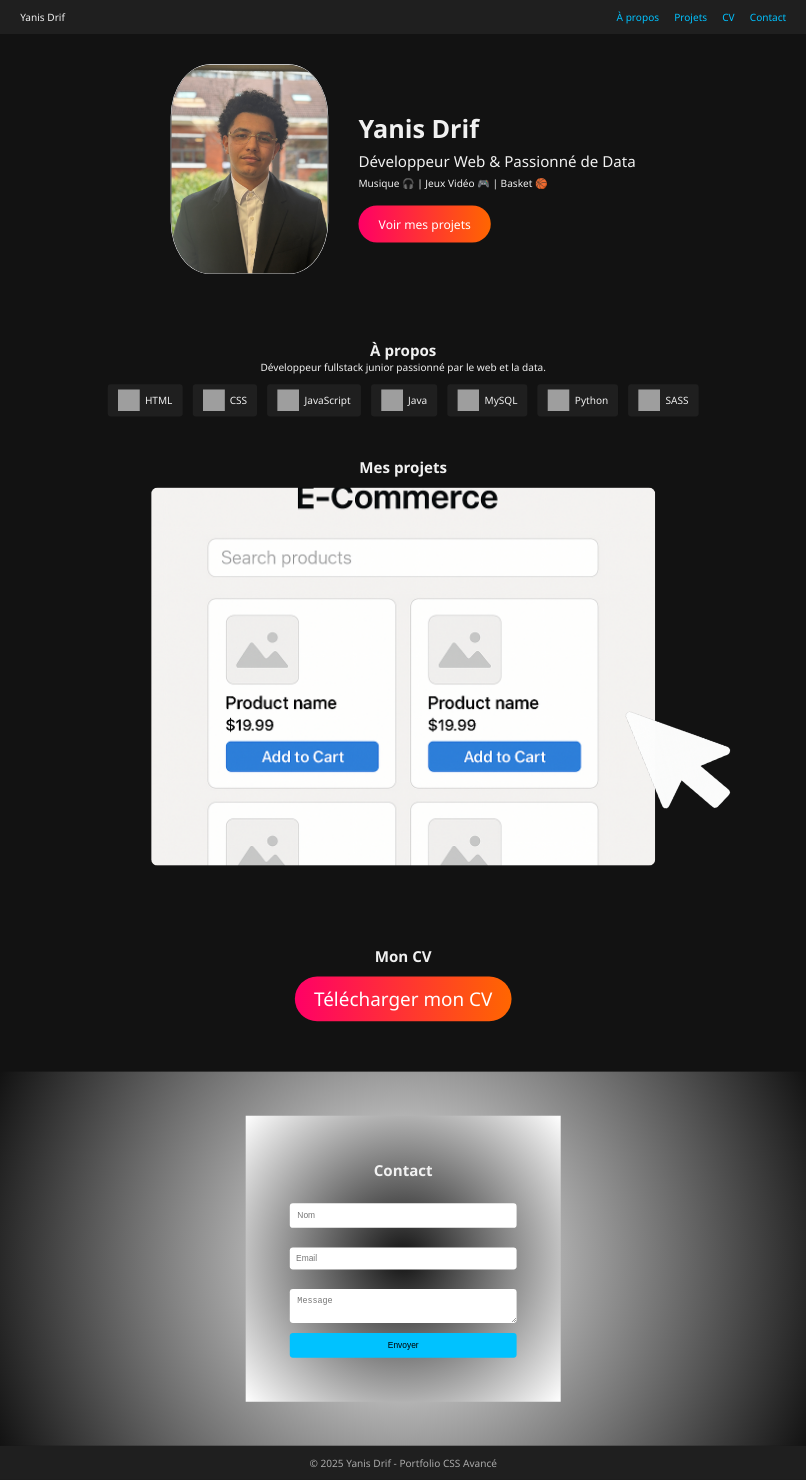
Repository: Yxniiss/ProjetCssAvance
Page: OneDrive/Bureau/Portfolio DrifYanis/home.html
The author's editor kept a copy of each file at every save. The page is drawn from the files as they stood at one save, then again after the next save.
The browser window is 1280 px wide. The pictures show the whole page, at 63% of full size.
Pictures or frames that could not be fetched are drawn as grey boxes.

Above is the page before, as saved 2025-04-10 19:18:31.
Console error: TypeError: Cannot set properties of null (setting 'textContent')

### OneDrive/Bureau/Portfolio DrifYanis/home.html
<!DOCTYPE html>
<html lang="fr">
<head>
  <meta charset="UTF-8" />
  <meta name="viewport" content="width=device-width, initial-scale=1.0" />
  <title>Portfolio - Yanis Drif</title>
  <link rel="stylesheet" href="/style.css" />
  <script defer src="/script.js"></script>
</head>
<body>
  <nav class="navbar">
    <div class="logo">Yanis Drif</div>
    <ul class="nav-links">
      <li><a href="#apropos">À propos</a></li>
      <li><a href="#projets">Projets</a></li>
      <li><a href="#cv">CV</a></li>
      <li><a href="#contact">Contact</a></li>
    </ul>
  </nav>

  <header class="hero">
    <img src="/image/IMG_0965 (2).jpeg" alt="Photo de profil" class="hero__image" />
    <div class="hero__content">
      <h1 class="hero__name">Yanis Drif</h1>
      <p class="hero__tagline">Développeur <span>Web</span> & Passionné de Data</p>
      <p class="hero__desc">Musique 🎧 | Jeux Vidéo 🎮 | Basket 🏀</p>
      <a href="#projets" class="btn">Voir mes projets</a>
    </div>
  </header>

  <section id="apropos" class="section about">
    <h2>À propos</h2>
    <p>Développeur fullstack junior passionné par le web et la data.</p>
    <div class="skills">
      <div class="skill"><img src="https://devicon-website.vercel.app/api/html5/original-wordmark.svg" alt="HTML">HTML</div>
      <div class="skill"><img src="https://devicon-website.vercel.app/api/css3/original-wordmark.svg" alt="CSS">CSS</div>
      <div class="skill"><img src="https://devicon-website.vercel.app/api/javascript/original.svg" alt="JavaScript">JavaScript</div>
      <div class="skill"><img src="https://devicon-website.vercel.app/api/java/original-wordmark.svg" alt="Java">Java</div>
      <div class="skill"><img src="https://devicon-website.vercel.app/api/mysql/plain-wordmark.svg" alt="MySQL">MySQL</div>
      <div class="skill"><img src="https://devicon-website.vercel.app/api/python/original-wordmark.svg" alt="Python">Python</div>
      <div class="skill"><img src="https://devicon-website.vercel.app/api/sass/original.svg" alt="SASS">SASS</div>
    </div>
  </section>

  <section id="projets" class="section projets">
    <h2>Mes projets</h2>
    <div class="projects carousel">
      <a href="https://eloquent-stardust-faed17.netlify.app/"><img src="image/ChatGPT Image 10 avr. 2025, 11_03_09.png" alt="Projet 1"/></a>
      <a href="https://challengeweb.netlify.app/"><img src="/image/ChatGPT Image 10 avr. 2025, 11_09_31.png" alt="Projet 2" /></a>
      <a href="https://landingpagecat.netlify.app/"><img src="/image/ChatGPT Image 10 avr. 2025, 11_11_38.png" alt="Projet 3" /></a>
    </div>
    <div class="cursor2">
      <img src="/image/fecd8f8b-00be-49a2-b5b1-3fb5a8c2059e.png">
    </div>
  </section>

  <section id="cv" class="section_cv">
    <div class="cv-container">
      <h2>Mon CV</h2>
      <a href="/doc/CV Yanis (1) (1).pdf" download class="btn2">Télécharger mon CV</a>
    </div>
  </section>

  <section id="contact" class="section_contact">
    <form class="contact-form">
      <h2>Contact</h2>
      <input type="text" placeholder="Nom" required />
      <input type="email" placeholder="Email" required />
      <textarea placeholder="Message" required></textarea>
      <button type="submit">Envoyer</button>
    </form>
  </section>

  <footer>
    <p>&copy; 2025 Yanis Drif - Portfolio CSS Avancé</p>
  </footer>
</body>
</html>

### OneDrive/Bureau/Portfolio DrifYanis/style.css
* {
    margin: 0;
    padding: 0;
    box-sizing: border-box;
  }

  body {
    font-family: "Segoe UI", sans-serif;
    background-color: #121212;
    color: #f1f1f1;
  }


  .navbar {
    display: flex;
    justify-content: space-between;
    padding: 1rem 2rem;
    background-color: #1f1f1f;
  }

  .nav-links {
    display: flex;
    list-style: none;
    gap: 1.5rem;
  }

  .nav-links a {
    color: #00c2ff;
    text-decoration: none;
  }

  .hero {
    padding: 3rem 1rem;
    text-align: center;

  }









  .section {
    padding: 2rem 1rem;
    text-align: center;
  }

  .projects {
    display: flex;
    justify-content: center;
    gap: 1rem;
    flex-wrap: wrap;
    margin-top: 1rem;
  }

  .projects img {
    width: 800px;
    height: 600px;
    -o-object-fit: cover;
       object-fit: cover;
    border-radius: 10px;
  }

  .cursor2 img{
    width: 250px;
    position:relative;
    bottom:300px;
    left:450px;
    transform: rotate(-15deg);

  }

  .skills {
    display: flex;
    flex-wrap: wrap;
    gap: 1rem;
    justify-content: center;
    margin-top: 1rem;
  }

  .skill {
    display: flex;
    align-items: center;
    gap: 0.5rem;
    background-color: #1f1f1f;
    padding: 0.5rem 1rem;
    border-radius: 5px;
    transition: 0.3s ease, opacity 0.3s ease;
  }

  .skill:hover{
    transform: scale(1.2);
    opacity: 0.8;
  }

  .skill img {
    width: 35px;
    height: 35px;
  }

  footer {
    padding: 1rem;
    text-align: center;
    background-color: #1f1f1f;
    color: #aaa;
  }



  .btn:hover{
    box-shadow: 0 10px 20px rgba(255,0,102,0.5);
    transform: translateY(-3px);
    text-decoration: none;
  }

  .section_cv{
    padding: 2rem 1rem ;
    margin-top: -15rem;
  }
  .cv-container {
    text-align: center;
    margin: 3rem auto;
    display: flex;
    flex-direction: column;
    align-items: center;
    gap: 1rem;
  }

  .btn2 {
    padding: 15px 30px;
    font-size: 30px;
    color: white;
    background: linear-gradient(90deg, #ff0066, #ff6600);
    border: none;
    border-radius: 50px;
    cursor: pointer;
    box-shadow: 0 4px 15px rgba(255, 0, 102, 0);
    transition: box-shadow 0.3s ease, transform 0.3s ease;
    text-decoration: none;
  }

  .btn2:hover {
    box-shadow: 0 10px 20px rgba(255, 0, 102, 0.5);
    transform: translateY(-3px);
  }

  /* Responsive padding ajusté si besoin */
  @media (max-width: 768px) {
    .btn2 {
      font-size: 20px;
      padding: 12px 24px;
    }

    .cv-container h2 {
      font-size: 24px;
    }
  }


  #contact{
    padding: 70px;
    background:radial-gradient(circle, #fff, #121212)
  }
  .contact-form {
    max-width: 500px;
    margin: auto;
    padding: 70px;
    display: flex;
    flex-direction: column;
    gap: 1rem;
    background:radial-gradient(circle, #121212, #fff);
  }

  .contact-form input,
  .contact-form textarea {
    padding: 0.75rem;
    border: none;
    border-radius: 5px;
  }

  .contact-form button {
    background-color: #00c2ff;
    color: #000;
    padding: 0.75rem;
    border: none;
    border-radius: 5px;
    cursor: pointer;
  }

  .section_contact h2{
    text-align: center;
    padding-bottom: 20px;
  }


  .start h1{
    text-align: left;
    margin-top: 100px;
    font-size: 35px;
    margin-left: 100px;
  }

  .start h2{
    text-align: left;
    margin-top: 1px;
    font-size: 70px;
    margin-left: 100px;
  }

  .start h3{
    text-align: left;
    margin-top: 1px;
    font-size: 35px;
    margin-left: 100px;
  }

  #mot {
    color:#00c2ff;
  }

  #cursor{
    display: inline-block;
    width: 10px;
    background-color:black;
    animation: blink 0.8s step-end infinite;
  }

  @keyframes blink{
    50% {
      opacity: 0;
    }
  }

  @keyframes typing{
    from{
      width: 0;
    }
    to{
      width: 100%;
    }
  }

  #main{
    opacity: 0;
    transform: translateY(0);
    transition: opacity 5s ease, transform 5s ease;
  }

  body.loaded #main{
    opacity: 1;
    transform: translateY(0);
  }


  .start p{
    text-align: left;
    margin-left: 100px;
    margin-top: 20px;
    font-size: 20px;
  }

  .ntwrks {
    position: absolute;
    top: 410px;
    left: 110px;
    display: flex;
    flex-wrap: wrap;
    gap: 1rem;
  }

  .ntwrk {
    display: flex;
    align-items: center;
    gap: 0.5rem;
    background-color: #1f1f1f;
    padding: 1rem 1rem;
    border-radius: 100px;
    transition: 0.3s ease, opacity 0.3s ease;
  }

  .ntwrk:hover{
    transform: scale(1.2);
    opacity: 0.8;
  }

  .ntwrk img {
    width: 30px;
    height: 30px;
  }

  .modern-button{
    background-color:#00c2ff;
    font-size: 16px;
    font-weight: bold;
    border:none;
    padding: 15px 30px;
    border-radius: 25px;
    cursor: pointer;
    outline: none;
    position: relative;
    right:550px;
    top:120px;
    animation:glow 1.5s infinite alternate;
    transition: 0.3s ease, opacity 0.3s ease;
  }

  .modern-button a{
    color:white;
    text-decoration: none;
  }

  .modern-button:hover{
    transform: scale(1.2);
    opacity: 1;
  }

  @keyframes glow{
    0%{
      box-shadow: 0 0 10px 5px rgba(0, 194, 255, 0.6), 0 0 20px 10px rgba(0, 194, 255, 0.4);
    }
    100%{
      box-shadow: 0 0 20px 10px rgba(0, 194, 255, 1), 0 0 30px 15px rgba(0, 194, 255, 0.8);
    }
  }

  .image{
    max-width: 30%;
    position: relative;
    bottom: 350px;
    left: 350px;
  }

  /* Overlay de fond */
.modal {
  display: none; /* 👈 cachée par défaut */
  position: fixed;
  z-index: 1000;
  left: 0;
  top: 0;
  width: 100%;
  height: 100%;
  overflow: auto;
  background-color: rgba(0, 0, 0, 0.6); /* fond assombri */
}

/* Contenu de la modale */
.modal-content {
  background-color: #1f1f1f;
  margin: 10% auto;
  padding: 30px;
  border-radius: 10px;
  width: 90%;
  max-width: 400px;
  color: white;
}

/* Champs du formulaire */
input[type="email"],
input[type="password"] {
  width: 100%;
  padding: 10px;
  margin: 15px 0;
  border-radius: 5px;
  border: none;
}

.modal-content h4 {
  text-align: center;
  margin-bottom: 20px;
  font-size: 1.5rem;
  font-weight: 600;
}

.modal-content h4 {
  text-align: center;
  margin-bottom: 20px;
  font-size: 1.5rem;
  font-weight: 600;
}

.modal-content button {
  display: block;
  width: 100%;
  padding: 12px;
  margin-top: 15px;
  font-size: 1rem;
  border-radius: 25px;
  background-color: #00c2ff;
  color: white;
  border: none;
  cursor: pointer;
  transition: background-color 0.3s ease;
}

.modal-content button:hover {
  background-color: #00a6d6;
}

/* Bouton de fermeture */
.close {
  color: #aaa;
  float: right;
  font-size: 28px;
  font-weight: bold;
  cursor: pointer;
}
.close:hover {
  color: #fff;
}


.hero {
  display: flex;
  flex-direction: column;
  align-items: center;
  padding: 3rem 1rem;
  text-align: center;
}

.hero__image {
  border-radius: 25%;
  width: 250px;
  border: 1px solid #ffffff;
  margin-bottom: 1.5rem;
}

.hero__content {
  max-width: 600px;
}

.hero__name {
  font-size: 2.5rem;
  margin-bottom: 0.5rem;
}

.hero__tagline {
  font-size: 1.5rem;
  margin-bottom: 0.5rem;
}

.hero__desc {
  margin-bottom: 1.5rem;
}

.btn {
  padding: 1rem 2rem;
  font-size: 1.2rem;
  border-radius: 50px;
  background: linear-gradient(90deg, #ff0066, #ff6600);
  color: white;
  text-decoration: none;
  display: inline-block;
  transition: 0.3s ease;
}

.btn:hover {
  transform: translateY(-3px);
  box-shadow: 0 10px 20px rgba(255, 0, 102, 0.5);
}

@media (min-width: 768px) {
  .hero {
    flex-direction: row;
    justify-content: center;
    text-align: left;
    gap: 3rem;
  }

  .hero__content {
    text-align: left;
  }
}

.loading-screen {
  display: none; /* reste caché tant qu'on ne clique pas */
  position: fixed;
  z-index: 2000;
  top: 0; left: 0;
  width: 100%;
  height: 100%;
  background-color: #121212;
  color: white;
  flex-direction: column;
  align-items: center;
  justify-content: center;
  font-size: 1.2rem;
}


.spinner {
  border: 6px solid #f3f3f3;
  border-top: 6px solid #00c2ff;
  border-radius: 50%;
  width: 60px;
  height: 60px;
  animation: spin 1s linear infinite;
  margin-bottom: 20px;
}

@keyframes spin {
  0% { transform: rotate(0deg); }
  100% { transform: rotate(360deg); }
}

### OneDrive/Bureau/Portfolio DrifYanis/script.js
document.addEventListener('DOMContentLoaded', () => {
  // Scroll fluide
  document.querySelectorAll('a[href^="#"]').forEach(anchor => {
    anchor.addEventListener('click', function (e) {
      e.preventDefault();
      const target = document.querySelector(this.getAttribute('href'));
      if (target) {
        target.scrollIntoView({ behavior: 'smooth' });
      }
    });
  });

  // Carrousel automatique
  const images = document.querySelectorAll('.carousel img');
  let currentIndex = 0;

  function showSlide(index) {
    images.forEach((img, i) => {
      img.style.display = i === index ? 'block' : 'none';
    });
  }

  function nextSlide() {
    currentIndex = (currentIndex + 1) % images.length;
    showSlide(currentIndex);
  }

  if (images.length > 0) {
    showSlide(currentIndex);
    setInterval(nextSlide, 3000);
  }

  // Texte animé
  const mot = ["Etudiant", "Developpeur web", "Pasionné de code", "Developpeur fullstack"];
  let index = 0;
  const element = document.getElementById("mot");
  const cursor = document.getElementById("cursor");

  let typingInterval;
  let currentWord = "";
  let currentCharIndex = 0;

  function commencerTypingAnimation() {
    currentWord = mot[index];
    currentCharIndex = 0;
    element.textContent = '';

    typingInterval = setInterval(() => {
      element.textContent += currentWord.charAt(currentCharIndex);
      currentCharIndex++;

      if (currentCharIndex === currentWord.length) {
        clearInterval(typingInterval);
        setTimeout(changerMot, 1000);
      }
    }, 150);
  }

  function changerMot() {
    element.textContent = mot[index];
    index++;
    if (index === mot.length) {
      index = 0;
    }
    commencerTypingAnimation();
  }
  commencerTypingAnimation();

  // Chargement du body
  window.addEventListener('load', function () {
    document.body.classList.add('loaded');
  });

  // Login modal + chargement
  const modal = document.getElementById("loginModal");
  const btn = document.getElementById("openModal");
  const span = document.querySelector(".close");
  const emailField = document.getElementById("email");
  const passwordField = document.getElementById("password");
  const loginForm = document.getElementById("loginForm");
  const loadingScreen = document.getElementById("loadingScreen");

  btn.onclick = function () {
    modal.style.display = "block";
    typeWriter(emailField, "user@example.com", () => {
      typeWriter(passwordField, "monmotdepasse");
    });
  };

  span.onclick = function () {
    modal.style.display = "none";
  };

  window.onclick = function (event) {
    if (event.target == modal) {
      modal.style.display = "none";
    }
  };

  function typeWriter(element, text, callback) {
    let i = 0;
    element.value = "";
    const speed = 50;
    const interval = setInterval(() => {
      element.value += text.charAt(i);
      i++;
      if (i === text.length) {
        clearInterval(interval);
        if (callback) callback();
      }
    }, speed);
  }

  loginForm.addEventListener("submit", (e) => {
    e.preventDefault();
    modal.style.display = "none";
    loadingScreen.style.display = "flex";

    setTimeout(() => {
      window.location.href = "/home.html";
    }, 3000);
  });
});

After the next save:
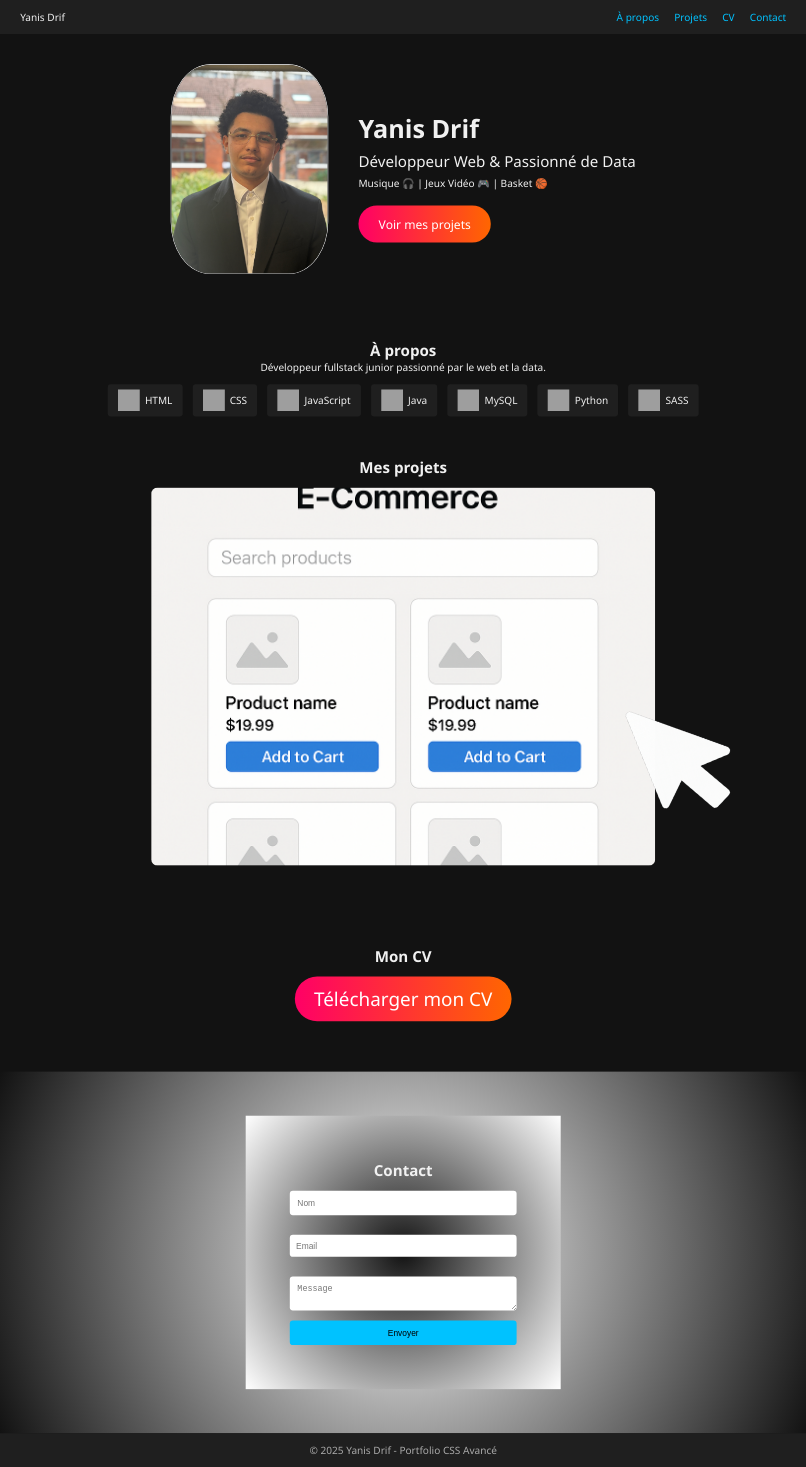
Saved 11 s later.
--- a/OneDrive/Bureau/Portfolio DrifYanis/style.css
+++ b/OneDrive/Bureau/Portfolio DrifYanis/style.css
@@ -192,7 +192,6 @@
 
   .section_contact h2{
     text-align: center;
-    padding-bottom: 20px;
   }
 
 
